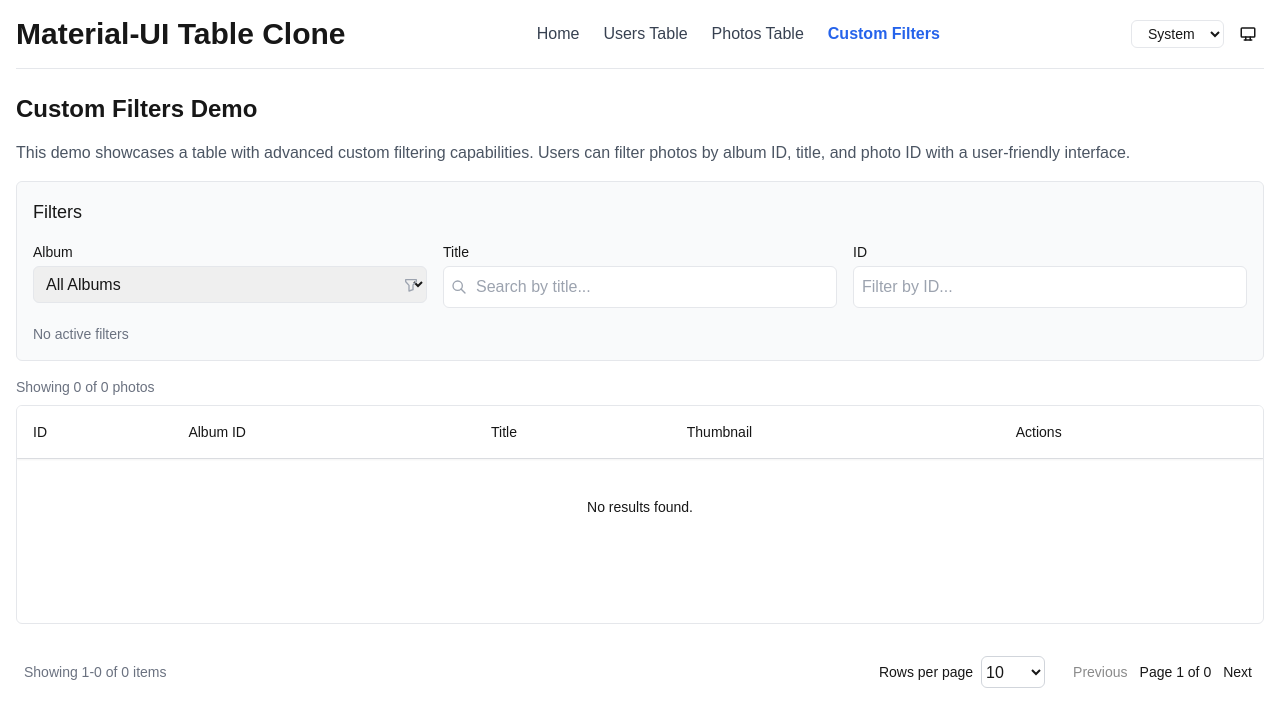
Repository: Dvirco1234/mini-mui-table
Page: /custom-filters
An editor plug-in stored every save of this project. The page is shown before and after the next save, followed by the edit.
The browser window is 1280 px wide. The pictures show the whole page.
The page's requests for data from a server got no answer. The project was rebuilt for these pictures with package versions that can differ from the ones it lists, and the page was loaded fresh each time. The framework's server and built-in components were replaced by stand-ins that run in the browser. No one was signed in, and anything a server would have sent is missing. Also part of the build but not shown: next.config.ts, src/components/ui/table/TableFilters.tsx, src/components/ui/table/TableSorters.tsx.

Above is the page before, as saved 2025-03-03 22:23:33.

### src/app/layout.tsx
import type { Metadata } from "next";
import { Geist, Geist_Mono } from "next/font/google";
import "./globals.css";
import { ThemeProvider } from "@/components/theme/ThemeProvider";
import { Navigation } from "@/components/layout/Navigation";

const geistSans = Geist({
  variable: "--font-geist-sans",
  subsets: ["latin"],
});

const geistMono = Geist_Mono({
  variable: "--font-geist-mono",
  subsets: ["latin"],
});

export const metadata: Metadata = {
  title: "Create Next App",
  description: "Generated by create next app",
};

export default function RootLayout({
  children,
}: Readonly<{
  children: React.ReactNode;
}>) {
  return (
    <html lang="en" className="h-screen overflow-hidden">
      <body
        className={`${geistSans.variable} ${geistMono.variable} antialiased h-full max-h-screen`}
      >
        <ThemeProvider defaultTheme="system" storageKey="mini-mui-table-theme">
          <main className="h-screen">
            <div className="px-4 pb-4 h-full flex flex-col">
              <Navigation />
              {children}
            </div>
          </main>
        </ThemeProvider>
      </body>
    </html>
  );
}

### src/app/custom-filters/page.tsx
import { CustomFiltersDemo } from "@/components/demo/CustomFiltersDemo";

export default function CustomFiltersPage() {
  return (
    <div className="space-y-4 h-full flex flex-col">
      <h2 className="text-2xl font-bold">Custom Filters Demo</h2>
      <p className="text-gray-600 dark:text-gray-300">
        This demo showcases a table with advanced custom filtering capabilities.
        Users can filter photos by album ID, title, and photo ID with a
        user-friendly interface.
      </p>
      <CustomFiltersDemo />
    </div>
  );
}

### src/components/theme/ThemeProvider.tsx
"use client";

import { createContext, useContext, useEffect, useState } from "react";

export type Theme = "dark" | "light" | "system";

type ThemeProviderProps = {
  children: React.ReactNode;
  defaultTheme?: Theme;
  storageKey?: string;
};

type ThemeProviderState = {
  theme: Theme;
  setTheme: (theme: Theme) => void;
};

const initialState: ThemeProviderState = {
  theme: "system",
  setTheme: () => null,
};

const ThemeProviderContext = createContext<ThemeProviderState>(initialState);

export function ThemeProvider({
  children,
  defaultTheme = "system",
  storageKey = "mini-mui-table-theme",
  ...props
}: ThemeProviderProps) {
  const [theme, setTheme] = useState<Theme>(defaultTheme);

  useEffect(() => {
    const savedTheme = localStorage.getItem(storageKey) as Theme | null;

    if (savedTheme) {
      setTheme(savedTheme);
    }
  }, [storageKey]);

  useEffect(() => {
    const root = window.document.documentElement;

    root.classList.remove("light", "dark");

    if (theme === "system") {
      const systemTheme = window.matchMedia("(prefers-color-scheme: dark)")
        .matches
        ? "dark"
        : "light";

      root.classList.add(systemTheme);
      return;
    }

    root.classList.add(theme);
  }, [theme]);

  const value = {
    theme,
    setTheme: (theme: Theme) => {
      localStorage.setItem(storageKey, theme);
      setTheme(theme);
    },
  };

  return (
    <ThemeProviderContext.Provider {...props} value={value}>
      {children}
    </ThemeProviderContext.Provider>
  );
}

export const useTheme = () => {
  const context = useContext(ThemeProviderContext);

  if (context === undefined) {
    throw new Error("useTheme must be used within a ThemeProvider");
  }

  return context;
};

### src/components/layout/Navigation.tsx
"use client";

import Link from "next/link";
import { usePathname } from "next/navigation";
import { ThemeToggle } from "@/components/theme/ThemeToggle";

const navItems = [
  { name: "Home", path: "/" },
  { name: "Users Table", path: "/users" },
  { name: "Photos Table", path: "/photos" },
  { name: "Custom Filters", path: "/custom-filters" },
];

export function Navigation() {
  const pathname = usePathname();

  return (
    <div className="w-full flex border-b py-4 mb-6 justify-between">
      <div className="flex justify-between items-center ">
        <h1 className="text-3xl font-bold">Material-UI Table Clone</h1>
      </div>

      <nav className="flex items-center">
        <ul className="flex flex-wrap gap-6">
          {navItems.map((item) => (
            <li key={item.path}>
              <Link
                href={item.path}
                className={`text-base font-medium transition-colors hover:underline ${
                  pathname === item.path
                    ? "text-blue-600 dark:text-blue-400 font-semibold"
                    : "text-gray-700 hover:text-blue-600 dark:text-gray-300 dark:hover:text-blue-400"
                }`}
              >
                {item.name}
              </Link>
            </li>
          ))}
        </ul>
      </nav>
      <ThemeToggle />
    </div>
  );
}

### src/components/demo/CustomFiltersDemo.tsx
"use client";

import { useState, useEffect } from "react";
import { Table } from "@/components/ui/table";
import { Columns } from "@/types";
import { CustomFilters } from "./CustomFilters";

// Define the Photo type based on JSONPlaceholder API
interface Photo {
  id: number;
  albumId: number;
  title: string;
  url: string;
  thumbnailUrl: string;
}

export function CustomFiltersDemo() {
  // State for photos data
  const [photos, setPhotos] = useState<Photo[]>([]);
  const [filteredPhotos, setFilteredPhotos] = useState<Photo[]>([]);
  const [loading, setLoading] = useState(true);
  const [uniqueAlbumIds, setUniqueAlbumIds] = useState<number[]>([]);

  // Filter state
  const [filters, setFilters] = useState<{
    albumId?: string;
    title?: string;
    id?: string;
  }>({});

  // Pagination state
  const [currentPage, setCurrentPage] = useState(1);
  const [pageSize, setPageSize] = useState(10);

  // Fetch photos from JSONPlaceholder API
  useEffect(() => {
    const fetchPhotos = async () => {
      setLoading(true);
      try {
        const response = await fetch(
          "https://jsonplaceholder.typicode.com/photos"
        );
        const data: Photo[] = await response.json();
        setPhotos(data);

        // Extract unique album IDs
        const albumIds = [...new Set(data.map((photo) => photo.albumId))].sort(
          (a, b) => a - b
        );
        setUniqueAlbumIds(albumIds);

        setLoading(false);
      } catch (error) {
        console.error("Error fetching photos:", error);
        setLoading(false);
      }
    };

    fetchPhotos();
  }, []);

  // Apply filters
  useEffect(() => {
    let result = [...photos];

    // Apply album filter
    if (filters.albumId) {
      result = result.filter(
        (photo) => photo.albumId.toString() === filters.albumId
      );
    }

    // Apply title filter
    if (filters.title) {
      result = result.filter((photo) =>
        photo.title.toLowerCase().includes(filters.title!.toLowerCase())
      );
    }

    // Apply ID filter
    if (filters.id) {
      result = result.filter((photo) =>
        photo.id.toString().includes(filters.id!)
      );
    }

    setFilteredPhotos(result);
    setCurrentPage(1); // Reset to first page when filters change
  }, [photos, filters]);

  // Handle filter changes
  const handleFiltersChange = (newFilters: {
    albumId?: string;
    title?: string;
    id?: string;
  }) => {
    setFilters(newFilters);
  };

  // Handle page change
  const handlePageChange = (page: number) => {
    setCurrentPage(page);
  };

  // Handle page size change
  const handlePageSizeChange = (size: number) => {
    setPageSize(size);
    setCurrentPage(1);
  };

  // Get current page data
  const getCurrentPageData = () => {
    const startIndex = (currentPage - 1) * pageSize;
    const endIndex = startIndex + pageSize;
    return filteredPhotos.slice(startIndex, endIndex);
  };

  // Define columns for the table
  const columns: Columns<Photo> = [
    { id: "id", label: "ID", sortable: true },
    { id: "albumId", label: "Album ID", sortable: true },
    { id: "title", label: "Title", sortable: true, width: "40%" },
    {
      id: "thumbnail",
      label: "Thumbnail",
      render: (photo: Photo) => (
        <div className="flex justify-center">
          <img
            src={photo.thumbnailUrl}
            alt={photo.title}
            className="w-12 h-12 object-cover rounded-md"
            loading="lazy"
          />
        </div>
      ),
    },
    {
      id: "actions",
      label: "Actions",
      render: (photo: Photo) => (
        <div className="flex justify-center space-x-2">
          <a
            href={photo.url}
            target="_blank"
            rel="noopener noreferrer"
            className="px-2 py-1 bg-blue-500 text-white rounded-md text-xs hover:bg-blue-600 transition-colors"
          >
            View
          </a>
        </div>
      ),
    },
  ];

  return (
    <>
      <Table<Photo>
        data={getCurrentPageData()}
        columns={columns}
        loading={loading}
        // Pagination props
        pagination={true}
        currentPage={currentPage}
        pageSize={pageSize}
        totalItems={filteredPhotos.length}
        onPageChange={handlePageChange}
        onPageSizeChange={handlePageSizeChange}
        pageSizeOptions={[5, 10, 25, 50]}
        bordered={true}
        className="w-full"
        slots={{
          customFilters: (
            <>
              <CustomFilters
                onFiltersChange={handleFiltersChange}
                filters={filters}
                albumIds={uniqueAlbumIds}
              />
              <div className="text-sm text-gray-500 mb-2">
                Showing {filteredPhotos.length} of {photos.length} photos
              </div>
            </>
          ),
        }}
      />
    </>
  );
}

### src/components/theme/ThemeToggle.tsx
"use client";

import { Theme, useTheme } from "./ThemeProvider";
import { IconMoon, IconSun, IconDeviceDesktop } from "@tabler/icons-react";

export function ThemeToggle() {
  const { theme, setTheme } = useTheme();

  return (
    <div className="flex items-center space-x-2">
      <select
        value={theme}
        onChange={(e: React.ChangeEvent<HTMLSelectElement>) =>
          setTheme(e.target.value as Theme)
        }
        className="bg-background border focus:ring-0 rounded-md px-3 py-1 text-sm focus:outline-none focus:ring-2 focus:ring-primary"
      >
        <option value="light">Light</option>
        <option value="dark">Dark</option>
        <option value="system">System</option>
      </select>

      <div className="flex items-center justify-center w-8 h-8">
        {theme === "light" && <IconSun size={18} />}
        {theme === "dark" && <IconMoon size={18} />}
        {theme === "system" && <IconDeviceDesktop size={18} />}
      </div>
    </div>
  );
}

### src/components/ui/table/index.ts
export * from './Table';
export * from './TableHead';
export * from './TableBody';
export * from './TableRow';
export * from './TableCell';
export * from './TablePagination';
export * from './TableFilters';
export * from './TableSorters';

### src/components/demo/CustomFilters.tsx
import { IconFilter, IconSearch, IconX } from "@tabler/icons-react";

export function CustomFilters({
  onFiltersChange,
  filters,
  albumIds,
}: {
  onFiltersChange: (filters: {
    albumId?: string;
    title?: string;
    id?: string;
  }) => void;
  filters: { albumId?: string; title?: string; id?: string };
  albumIds: number[];
}) {
  const handleFilterChange = (key: string, value: string) => {
    onFiltersChange({
      ...filters,
      [key]: value,
    });
  };

  const clearFilters = () => {
    onFiltersChange({});
  };

  return (
    <div className="mb-4 p-4 border rounded-md bg-gray-50 dark:bg-gray-800">
      <div className="flex items-center justify-between mb-4">
        <h3 className="text-lg font-medium">Filters</h3>
        {(filters.albumId || filters.title || filters.id) && (
          <button
            onClick={clearFilters}
            className="flex items-center text-sm text-red-500 hover:text-red-700"
          >
            <IconX size={16} className="mr-1" />
            Clear All
          </button>
        )}
      </div>

      <div className="grid grid-cols-1 md:grid-cols-3 gap-4">
        {/* Album Filter */}
        <div>
          <label
            htmlFor="album-filter"
            className="block text-sm font-medium mb-1"
          >
            Album
          </label>
          <div className="relative">
            <select
              id="album-filter"
              value={filters.albumId || ""}
              onChange={(e) => handleFilterChange("albumId", e.target.value)}
              className="w-full p-2 border rounded-md pr-8 focus:outline-none focus:ring-2 focus:ring-blue-500 dark:bg-gray-700 dark:border-gray-600"
            >
              <option value="">All Albums</option>
              {albumIds.map((id) => (
                <option key={id} value={id.toString()}>
                  Album {id}
                </option>
              ))}
            </select>
            <div className="absolute inset-y-0 right-0 flex items-center pr-2 pointer-events-none">
              <IconFilter size={16} className="text-gray-400" />
            </div>
          </div>
        </div>

        {/* Title Filter */}
        <div>
          <label
            htmlFor="title-filter"
            className="block text-sm font-medium mb-1"
          >
            Title
          </label>
          <div className="relative">
            <input
              id="title-filter"
              type="text"
              placeholder="Search by title..."
              value={filters.title || ""}
              onChange={(e) => handleFilterChange("title", e.target.value)}
              className="w-full p-2 border rounded-md pl-8 focus:outline-none focus:ring-2 focus:ring-blue-500 dark:bg-gray-700 dark:border-gray-600"
            />
            <div className="absolute inset-y-0 left-0 flex items-center pl-2 pointer-events-none">
              <IconSearch size={16} className="text-gray-400" />
            </div>
          </div>
        </div>

        {/* ID Filter */}
        <div>
          <label htmlFor="id-filter" className="block text-sm font-medium mb-1">
            ID
          </label>
          <div className="relative">
            <input
              id="id-filter"
              type="number"
              placeholder="Filter by ID..."
              value={filters.id || ""}
              onChange={(e) => handleFilterChange("id", e.target.value)}
              className="w-full p-2 border rounded-md focus:outline-none focus:ring-2 focus:ring-blue-500 dark:bg-gray-700 dark:border-gray-600"
            />
          </div>
        </div>
      </div>

      <div className="mt-4 text-sm text-gray-500">
        {filters.albumId || filters.title || filters.id ? (
          <div className="flex flex-wrap gap-2">
            <span>Active filters:</span>
            {filters.albumId && (
              <span className="px-2 py-1 bg-blue-100 text-blue-800 rounded-md flex items-center">
                Album: {filters.albumId}
                <button
                  onClick={() => handleFilterChange("albumId", "")}
                  className="ml-1 text-blue-500 hover:text-blue-700"
                >
                  <IconX size={14} />
                </button>
              </span>
            )}
            {filters.title && (
              <span className="px-2 py-1 bg-blue-100 text-blue-800 rounded-md flex items-center">
                Title: {filters.title}
                <button
                  onClick={() => handleFilterChange("title", "")}
                  className="ml-1 text-blue-500 hover:text-blue-700"
                >
                  <IconX size={14} />
                </button>
              </span>
            )}
            {filters.id && (
              <span className="px-2 py-1 bg-blue-100 text-blue-800 rounded-md flex items-center">
                ID: {filters.id}
                <button
                  onClick={() => handleFilterChange("id", "")}
                  className="ml-1 text-blue-500 hover:text-blue-700"
                >
                  <IconX size={14} />
                </button>
              </span>
            )}
          </div>
        ) : (
          <span>No active filters</span>
        )}
      </div>
    </div>
  );
}

### src/components/ui/table/TableHead.tsx
import React, { forwardRef } from 'react';
import { cn } from '@/lib/utils';

export interface TableHeadProps extends React.HTMLAttributes<HTMLTableSectionElement> {
  children: React.ReactNode;
}

const TableHead = forwardRef<HTMLTableSectionElement, TableHeadProps>(
  ({ className, ...props }, ref) => {
    return (
      <thead
        ref={ref}
        className={cn("shadow-sm sticky top-0 bg-background", className)}
        {...props}
      />
    );
  }
);

TableHead.displayName = "TableHead";

export { TableHead };

### src/components/ui/table/TableBody.tsx
import React, { forwardRef } from 'react';
import { cn } from '@/lib/utils';

export interface TableBodyProps extends React.HTMLAttributes<HTMLTableSectionElement> {
  children: React.ReactNode;
}

const TableBody = forwardRef<HTMLTableSectionElement, TableBodyProps>(
  ({ className, ...props }, ref) => {
    return (
      <tbody
        ref={ref}
        className={cn("[&_tr:last-child]:border-0", className)}
        {...props}
      />
    );
  }
);

TableBody.displayName = "TableBody";

export { TableBody };

### src/components/ui/table/TableRow.tsx
import React, { forwardRef } from "react";
import { cn } from "@/lib/utils";

export interface TableRowProps
  extends React.HTMLAttributes<HTMLTableRowElement> {
  children: React.ReactNode;
  rowHeight?: number | string;
}

const TableRow = forwardRef<HTMLTableRowElement, TableRowProps>(
  ({ className, rowHeight, ...props }, ref) => {
    return (
      <tr
        ref={ref}
        className={cn(
          "border-b transition-colors hover:bg-muted/50 data-[state=selected]:bg-muted",
          className
        )}
        style={{
          height: rowHeight ? (typeof rowHeight === 'number' ? `${rowHeight}px` : rowHeight) : 'auto'
        }}
        {...props}
      />
    );
  }
);

TableRow.displayName = "TableRow";

export { TableRow };

### src/components/ui/table/TableCell.tsx
import React, { forwardRef } from 'react';
import { cn } from '@/lib/utils';

export interface TableCellProps extends React.TdHTMLAttributes<HTMLTableCellElement> {
  children: React.ReactNode;
}

const TableCell = forwardRef<HTMLTableCellElement, TableCellProps>(
  ({ className, ...props }, ref) => {
    return (
      <td
        ref={ref}
        className={cn("p-4 align-middle [&:has([role=checkbox])]:pr-0 group", className)}
        {...props}
      />
    );
  }
);

TableCell.displayName = "TableCell";

export { TableCell };

### src/components/ui/table/TablePagination.tsx
import React from 'react';
import { cn } from '@/lib/utils';

export interface TablePaginationProps {
  currentPage: number;
  totalPages: number;
  pageSize: number;
  totalItems: number;
  onPageChange: (page: number) => void;
  onPageSizeChange?: (pageSize: number) => void;
  pageSizeOptions?: number[];
  className?: string;
}

const TablePagination: React.FC<TablePaginationProps> = ({
  currentPage,
  totalPages,
  pageSize,
  totalItems,
  onPageChange,
  onPageSizeChange,
  pageSizeOptions = [5, 10, 25, 50],
  className,
}) => {
  const startItem = (currentPage - 1) * pageSize + 1;
  const endItem = Math.min(currentPage * pageSize, totalItems);

  return (
    <div className={cn("flex items-center justify-between px-2 py-4", className)}>
      <div className="text-sm text-gray-500">
        Showing {startItem}-{endItem} of {totalItems} items
      </div>
      <div className="flex items-center space-x-6">
        <div className="flex items-center space-x-2">
          <p className="text-sm font-medium">Rows per page</p>
          <select
            className="h-8 w-16 rounded-md border border-gray-300 bg-background outline-none focus:border-blue-500 focus:dark:border-white"
            value={pageSize}
            onChange={(e) => onPageSizeChange?.(Number(e.target.value))}
          >
            {pageSizeOptions.map((option) => (
              <option key={option} value={option}>
                {option}
              </option>
            ))}
          </select>
        </div>
        <div className="flex items-center space-x-2">
          <button
            className="inline-flex items-center justify-center rounded-md p-1 text-sm font-medium transition-colors hover:bg-gray-100 disabled:opacity-50"
            onClick={() => onPageChange(currentPage - 1)}
            disabled={currentPage === 1}
          >
            Previous
          </button>
          <div className="text-sm font-medium">
            Page {currentPage} of {totalPages}
          </div>
          <button
            className="inline-flex items-center justify-center rounded-md p-1 text-sm font-medium transition-colors hover:bg-gray-100 disabled:opacity-50"
            onClick={() => onPageChange(currentPage + 1)}
            disabled={currentPage === totalPages}
          >
            Next
          </button>
        </div>
      </div>
    </div>
  );
};

export { TablePagination };

### tailwind.config.ts
import type { Config } from 'tailwindcss';

const config: Config = {
  darkMode: 'class',
  content: [
    './src/pages/**/*.{js,ts,jsx,tsx,mdx}',
    './src/components/**/*.{js,ts,jsx,tsx,mdx}',
    './src/app/**/*.{js,ts,jsx,tsx,mdx}',
  ],
  theme: {
    extend: {
      colors: {
        background: 'var(--background)',
        foreground: 'var(--foreground)',
        border: {
          DEFAULT: 'hsl(var(--border))',
        },
        input: {
          DEFAULT: 'hsl(var(--input))',
        },
        ring: {
          DEFAULT: 'hsl(var(--ring))',
        },
        muted: {
          DEFAULT: 'hsl(var(--muted))',
          foreground: 'hsl(var(--muted-foreground))',
        },
        accent: {
          DEFAULT: 'hsl(var(--accent))',
          foreground: 'hsl(var(--accent-foreground))',
        },
        primary: {
          DEFAULT: 'hsl(var(--primary))',
          foreground: 'hsl(var(--primary-foreground))',
        },
        secondary: {
          DEFAULT: 'hsl(var(--secondary))',
          foreground: 'hsl(var(--secondary-foreground))',
        },
        destructive: {
          DEFAULT: 'hsl(var(--destructive))',
          foreground: 'hsl(var(--destructive-foreground))',
        },
        card: {
          DEFAULT: 'hsl(var(--card))',
          foreground: 'hsl(var(--card-foreground))',
        },
      },
      fontFamily: {
        sans: ['var(--font-geist-sans)'],
        mono: ['var(--font-geist-mono)'],
      },
    },
  },
  plugins: [],
};

export default config;

Loaded but not shown: src/app/globals.css (common file); src/lib/utils.ts (common file); src/components/ui/table/Table.tsx (225 lines, source omitted)

After the next save:
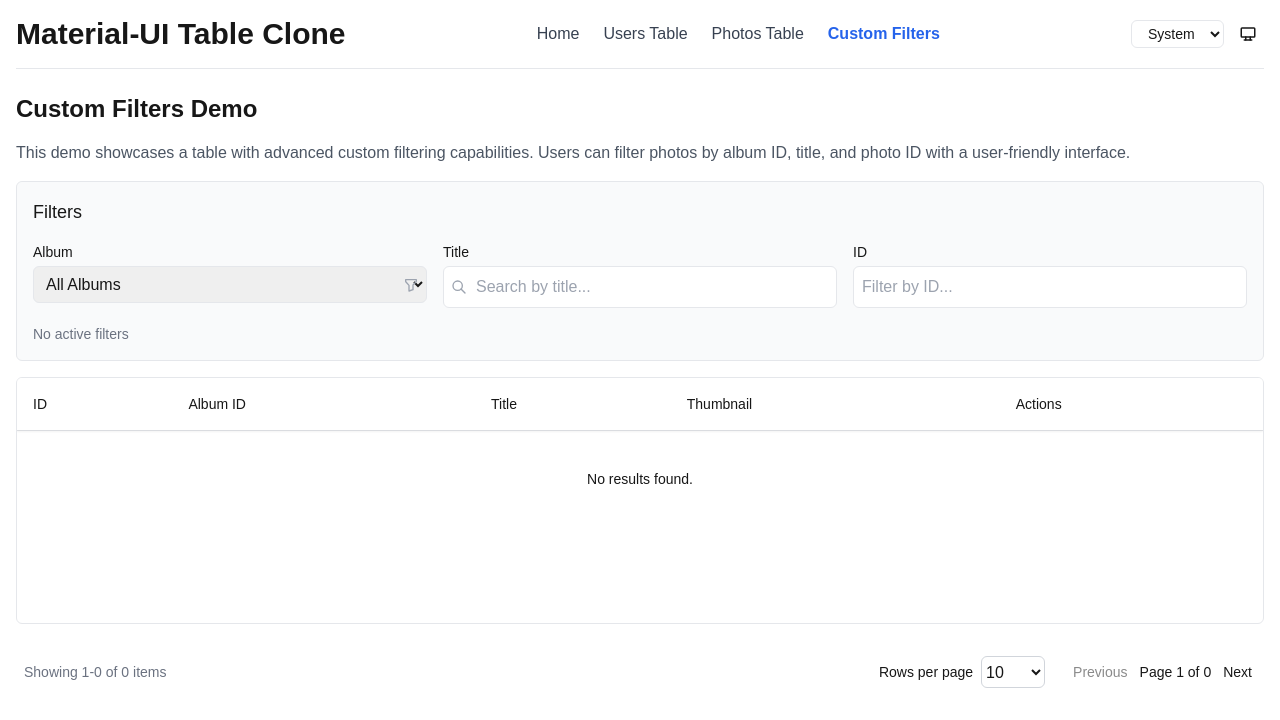
Saved 94 s later.
--- a/src/components/demo/CustomFiltersDemo.tsx
+++ b/src/components/demo/CustomFiltersDemo.tsx
@@ -170,16 +170,11 @@ export function CustomFiltersDemo() {
         className="w-full"
         slots={{
           customFilters: (
-            <>
-              <CustomFilters
-                onFiltersChange={handleFiltersChange}
-                filters={filters}
-                albumIds={uniqueAlbumIds}
-              />
-              <div className="text-sm text-gray-500 mb-2">
-                Showing {filteredPhotos.length} of {photos.length} photos
-              </div>
-            </>
+            <CustomFilters
+              onFiltersChange={handleFiltersChange}
+              filters={filters}
+              albumIds={uniqueAlbumIds}
+            />
           ),
         }}
       />
